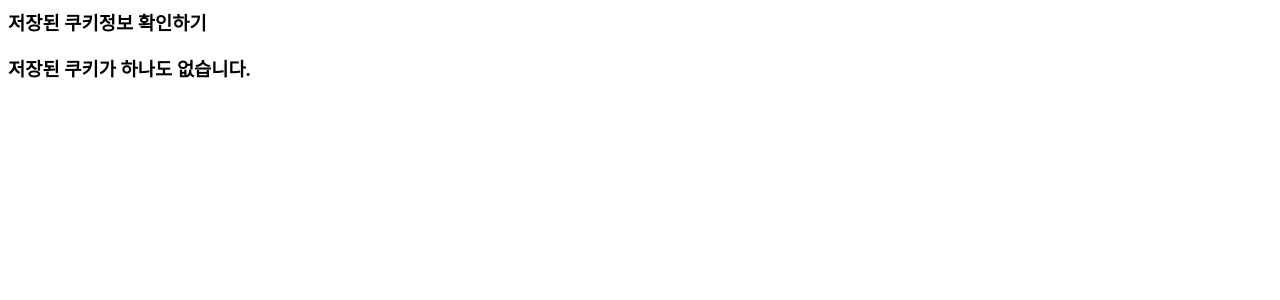
Repository: kdh4357065/3_highjava
Page: http://localhost/webTest/cookieRead.do
An editor plug-in stored every save of this project. The page is shown before and after the next save, followed by the edit.
The browser window is 1280 px wide. The pictures show the whole page.
The page is served by Tomcat 9. Other server files are loaded and not shown.

Above is the page before, as saved 2023-03-29 03:15:19.

### WorkSpace/webTest/src/main/java/kr/or/ddit/basic/cookie/CookieRead.java
package kr.or.ddit.basic.cookie;

import java.io.IOException;
import java.io.PrintWriter;
import java.net.URLDecoder;

import javax.servlet.ServletException;
import javax.servlet.annotation.WebServlet;
import javax.servlet.http.Cookie;
import javax.servlet.http.HttpServlet;
import javax.servlet.http.HttpServletRequest;
import javax.servlet.http.HttpServletResponse;


@WebServlet("/cookieRead.do")
public class CookieRead extends HttpServlet {
	private static final long serialVersionUID = 1L;


	protected void doGet(HttpServletRequest request, HttpServletResponse response) throws ServletException, IOException {
		request.setCharacterEncoding("utf-8");
		response.setCharacterEncoding("utf-8");

		response.setContentType("text/html; charset=utf-8");
		PrintWriter out = response.getWriter();

		//저장된 쿠키 정보 읽어오기

		//1. 전체 쿠키 정보를 request객체를 통해서 가져온다. ==> 가져온 쿠키 정보들은 'Cookie[]'형태로 반환된다.
		//형식) Cookie[] 쿠키배열변수 = request.getCookies();
		Cookie[] cookieArr = request.getCookies();

		out.println("<html><head><meta charset='utf-8'><title>쿠키연습</title></head>");
		out.println("<body>");

		out.println("<h3>저장된 쿠키정보 확인하기</h3>");

		if(cookieArr == null || cookieArr.length == 0) {
			out.println("<h3>저장된 쿠키가 하나도 없습니다.</h3>");
		}else {
			//2. 쿠키 배열에서 해당 쿠키 정보를 구해온다.
			for(Cookie cookie : cookieArr) {
				String name = cookie.getName();	//'쿠키이름' 가져오기

				//String value = cookie.getValue(); //'쿠키값' 가져오기

				//쿠키값 중에 한글로 저장된 데이터는 데이터를 가져와서 디코딩 후 사용해야한다.
				String value = URLDecoder.decode(cookie.getValue(), "utf-8");

				out.println("쿠키이름 : " + name + "<br>");
				out.println("쿠키값 : " + value + "<ㅗr>");
			}
		}

		out.println("</body></html>");
	}


	protected void doPost(HttpServletRequest request, HttpServletResponse response) throws ServletException, IOException {
		// TODO Auto-generated method stub
		doGet(request, response);
	}

}

After the next save:
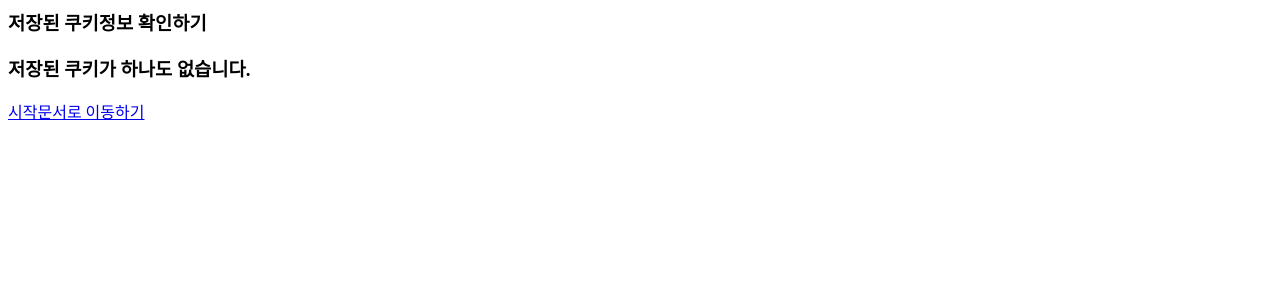
Saved 14 s later.
--- a/WorkSpace/webTest/src/main/java/kr/or/ddit/basic/cookie/CookieRead.java
+++ b/WorkSpace/webTest/src/main/java/kr/or/ddit/basic/cookie/CookieRead.java
@@ -52,6 +52,9 @@ public class CookieRead extends HttpServlet {
 			}
 		}
 
+		out.println("<a href='"+request.getContextPath()+
+				"/basic/cookie/cookieTest01.jsp'>시작문서로 이동하기</a>");
+
 		out.println("</body></html>");
 	}
 
